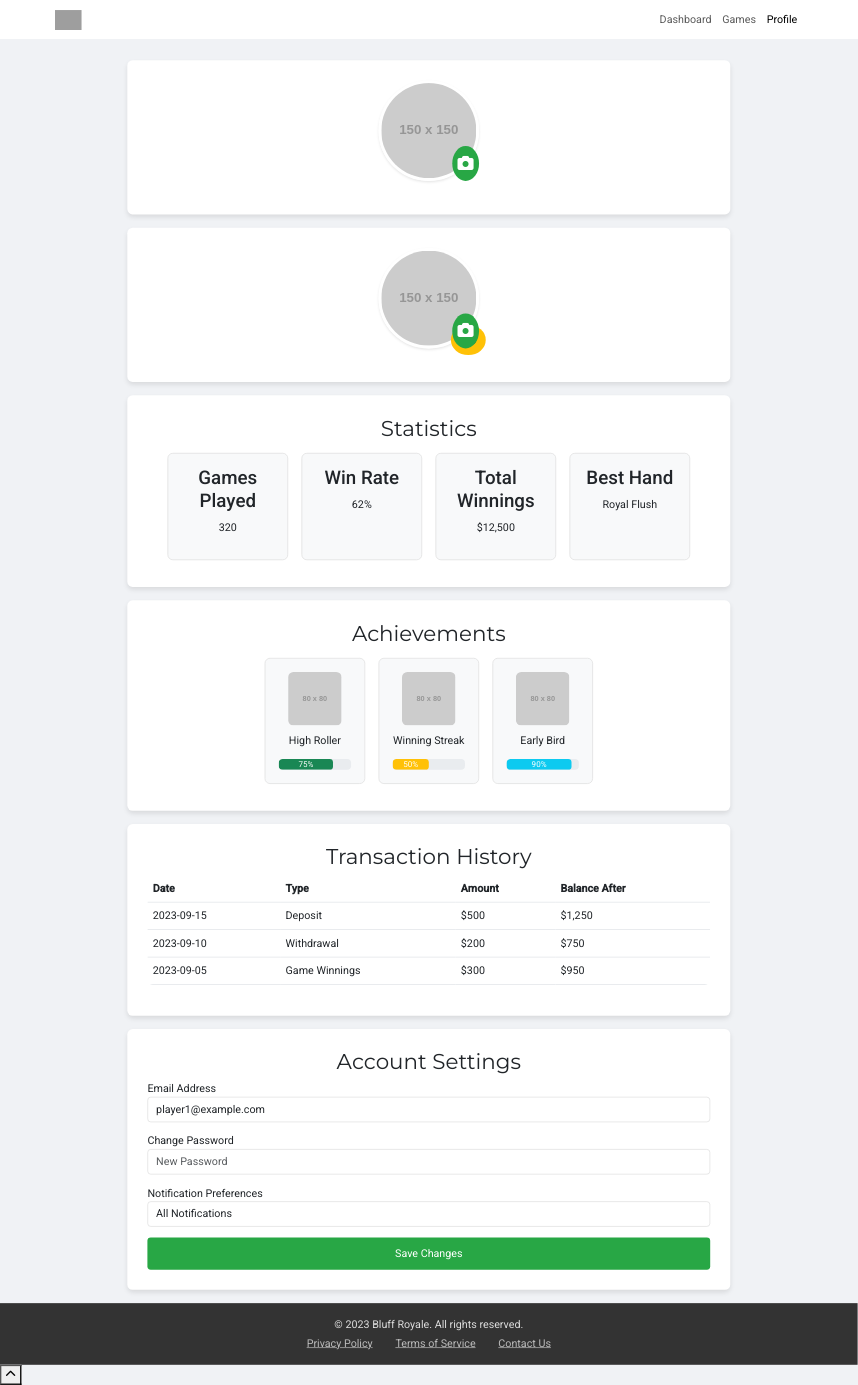
Repository: KidBillionaire/newapp
Page: public/settings.html
These files come from the project's save history. The page is drawn as it stood at one moment and after the next save; the edit follows.
The browser window is 1280 px wide. The pictures show the whole page, at 67% of full size.
Pictures or frames that could not be fetched are drawn as grey boxes.

Above is the page before, as saved 2024-10-10 20:13:41.

After the next save:
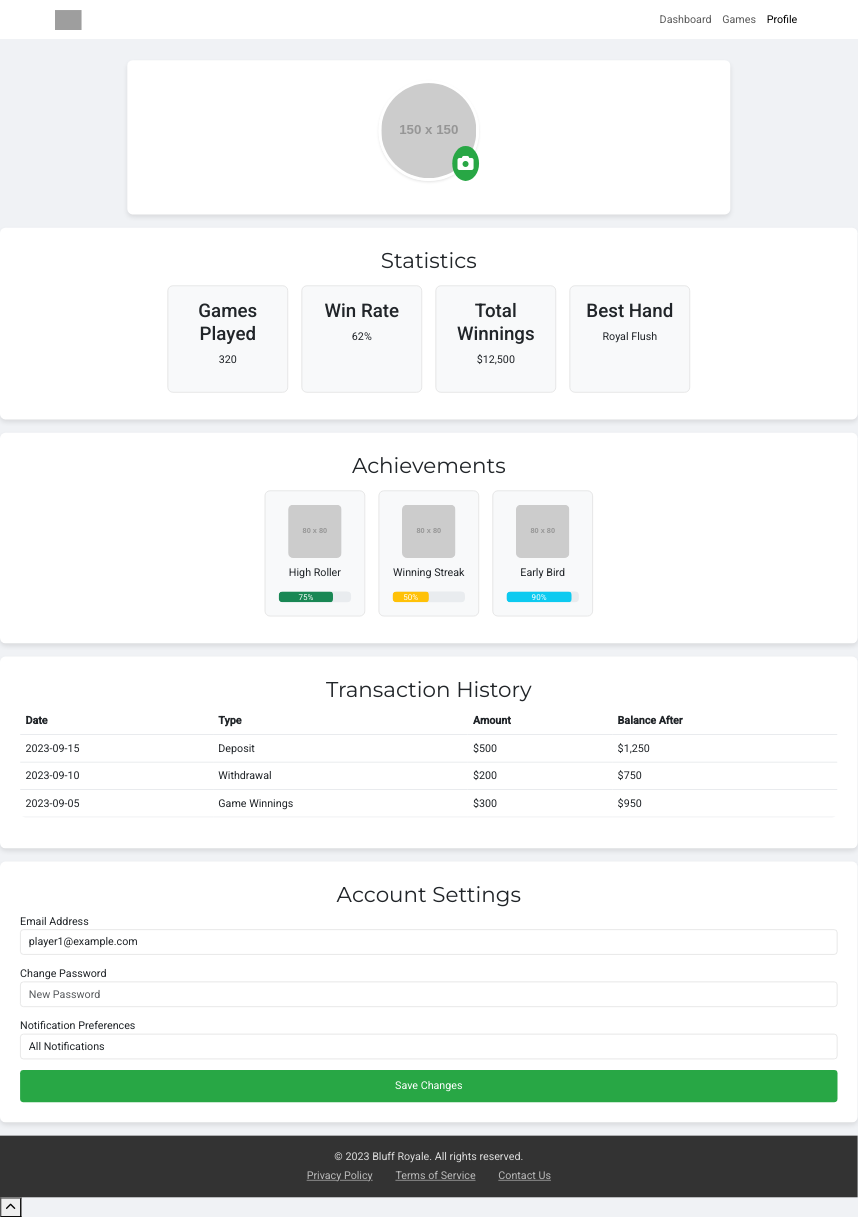
Saved 59 s later.
--- a/public/settings.html
+++ b/public/settings.html
@@ -289,19 +289,6 @@
     </div>
   </nav>
 
-  <!-- Profile Container -->
-  <div class="profile-container">
-    <!-- User Info Section -->
-    <div class="section user-info text-center">
-      <div class="profile-picture">
-        <img id="profileImage" src="https://via.placeholder.com/150" alt="Profile picture of Player1">
-        <div class="level-badge">15</div>
-        <input type="file" id="imageUpload" accept=".png, .jpg, .jpeg" hidden />
-        <label for="imageUpload" class="upload-button">
-          <i class="fas fa-camera"></i>
-        </label>
-      </div>
-    </div>
 
     <!-- Statistics Section -->
     <div class="section statistics">
